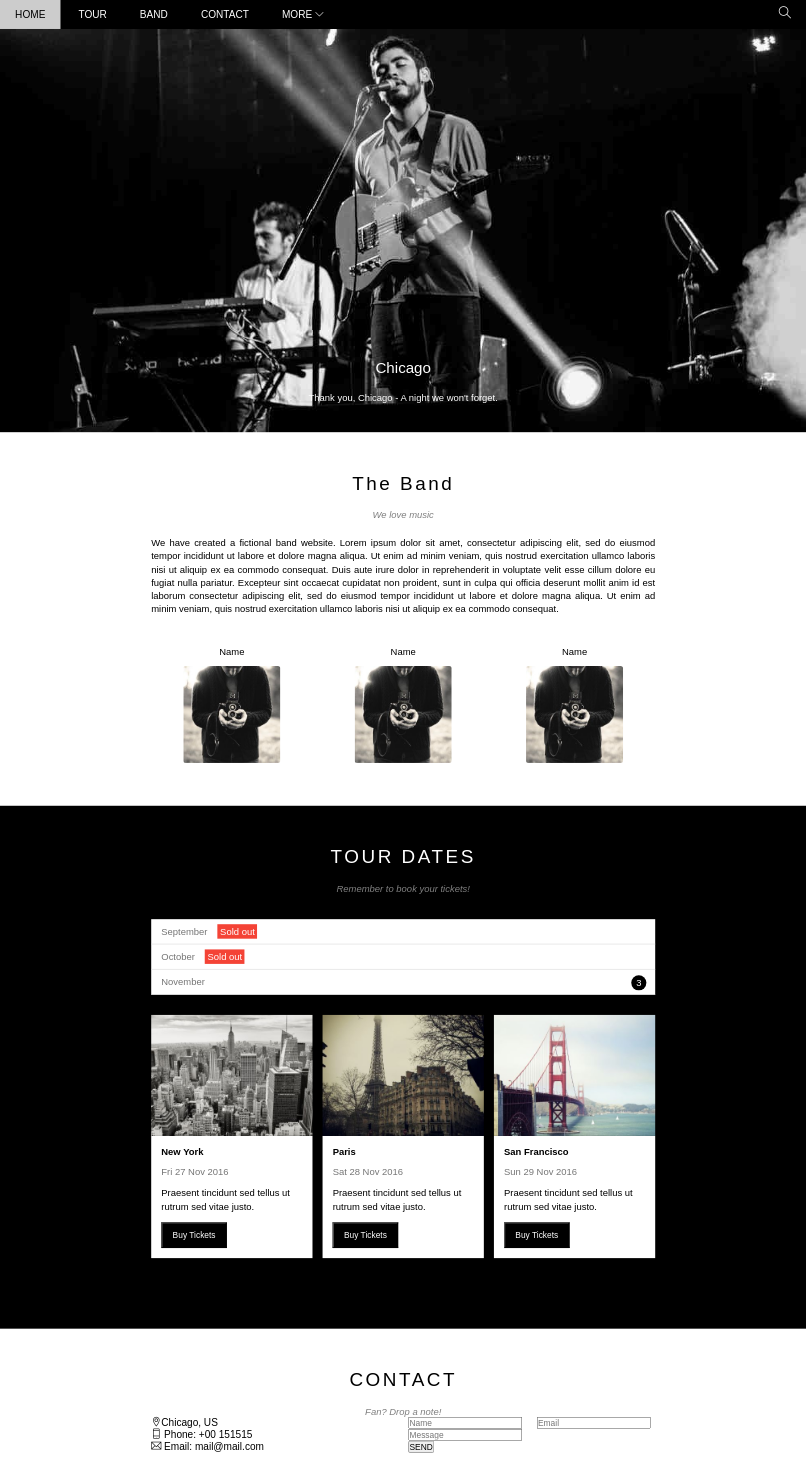
Repository: ducvui2003/LTCB
Page: index.html
These files come from the project's save history. The page is drawn as it stood at one moment and after the next save; the edit follows.
The browser window is 1280 px wide. The pictures show the whole page, at 63% of full size.

Above is the page before, as saved 2022-01-13 10:24:59.

After the next save:
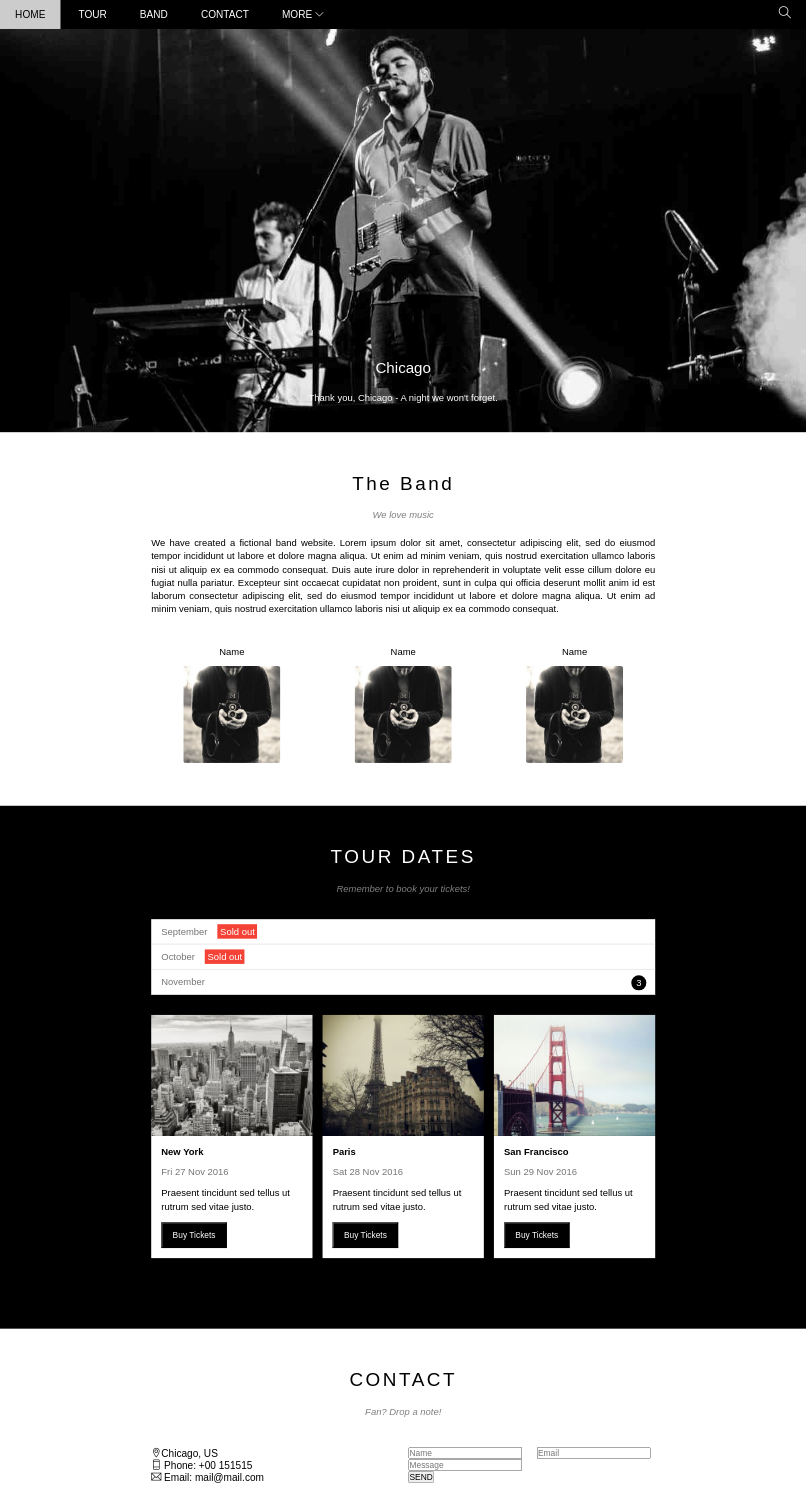
Saved 55 s later.
--- a/assest/Css/styles.css
+++ b/assest/Css/styles.css
@@ -331,6 +331,13 @@
 .buy-ticket:hover {
     color: black;
     background-color: #ccc;
+}
+
+
+/* Contact -form */
+
+.contact-form {
+    margin-top: 48px;
 }
 
 #footer {}
@@ -443,7 +450,7 @@
 }
 
 
-/* Tạo animation */
+/* animation */
 
 @keyframes modalFadeIn {
     from {

After the save that followed:
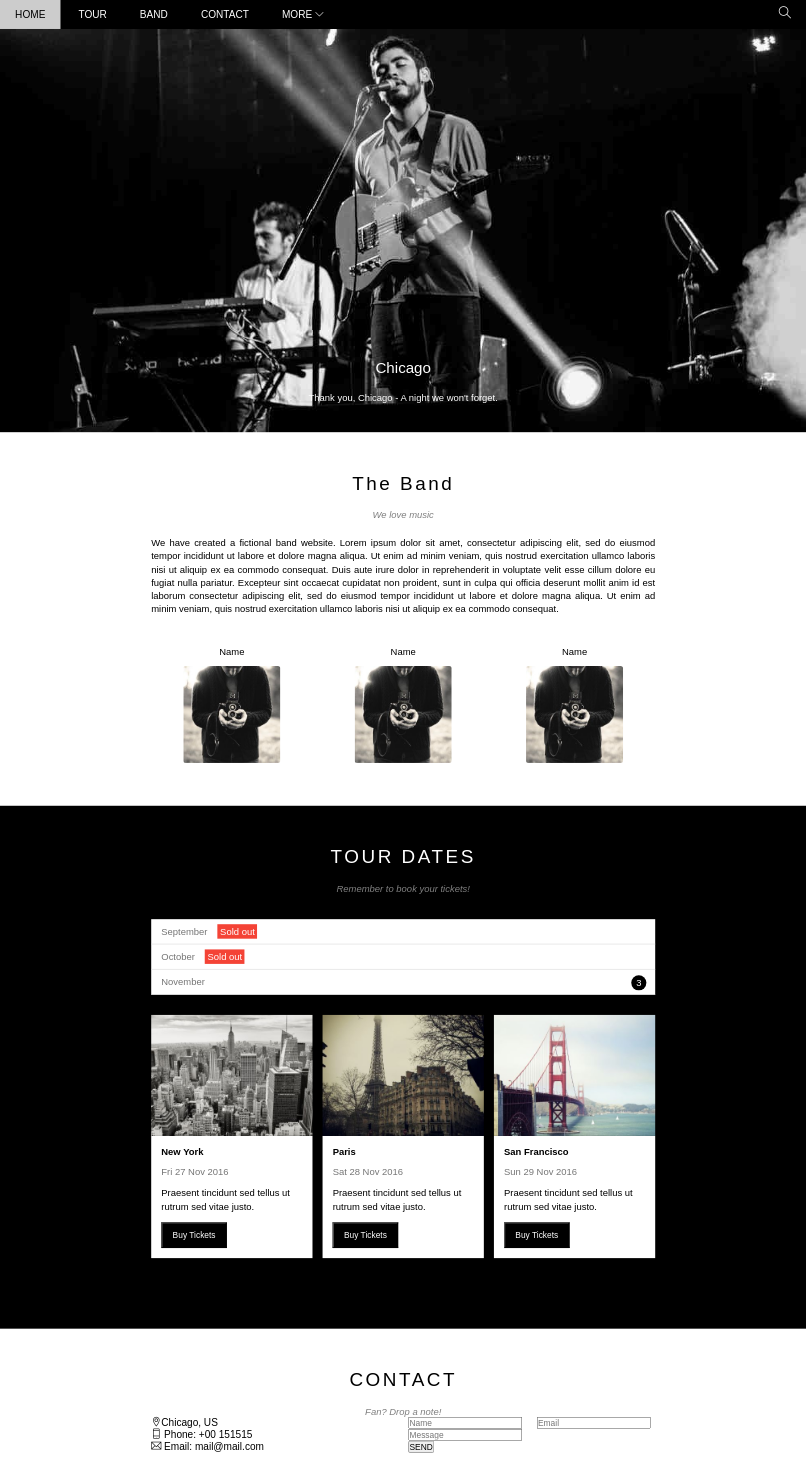
Saved 28 s later.
--- a/index.html
+++ b/index.html
@@ -154,7 +154,7 @@
                 <h1 class="section-heading">CONTACT</h1>
                 <p class="section-sub-heading">Fan? Drop a note! </p>
 
-                <div class="row contact-form">
+                <div class="row contact-conttent">
                     <div class="col col-half">
                         <p><i class="ti-location-pin"></i>Chicago, US</p>
                         <p><i class="ti-mobile"></i> Phone: +00 151515</p>
